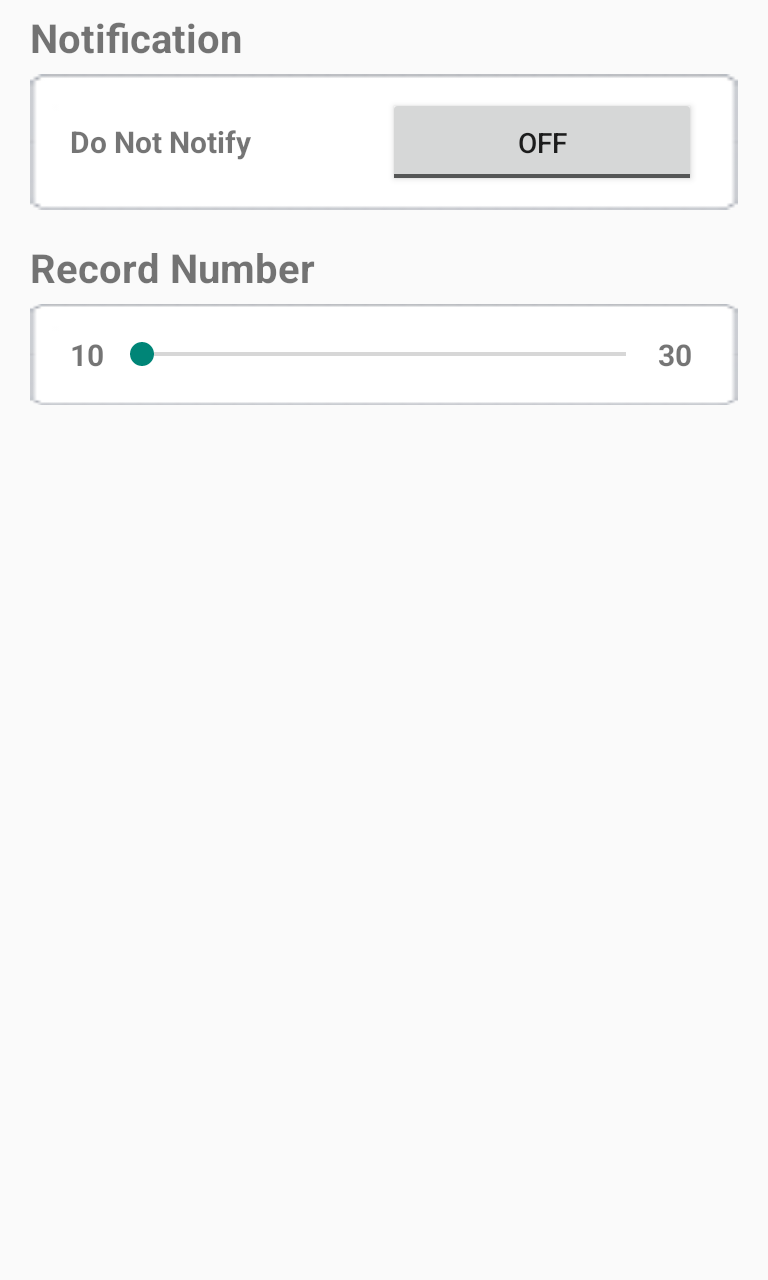
Repository: GitDidNotExitCleanly/AndroidTimer
Layout: G54MDP_Stopwatch/res/layout/fragment_settings.xml
An editor plug-in stored every save of this project. The layout is shown before and after the next save, followed by the edit.
It is drawn on a 768 x 1280 px phone screen (xhdpi) without system bars, with theme AppTheme; the app's code is not run.

Above is the layout before, as saved 2015-03-07 17:23:02.

### G54MDP_Stopwatch/res/layout/fragment_settings.xml
<?xml version="1.0" encoding="utf-8"?>
<LinearLayout xmlns:android="http://schemas.android.com/apk/res/android"
    android:layout_width="match_parent"
    android:layout_height="match_parent"
    android:orientation="vertical" >

    <LinearLayout
        android:layout_width="match_parent"
        android:layout_height="wrap_content"
        android:orientation="vertical"
        android:layout_marginTop="5dp"
        android:layout_marginBottom="5dp"
        android:layout_marginLeft="15dp"
        android:layout_marginRight="15dp" >

        <TextView
            android:layout_width="wrap_content"
            android:layout_height="wrap_content"
            android:textStyle="bold"
            android:textSize="20sp"
            android:text="Notification" />

       <LinearLayout
           android:layout_width="match_parent"
           android:layout_height="wrap_content"
           android:layout_marginBottom="5dp"
           android:layout_marginTop="5dp"
           android:paddingTop="10dp"
           android:paddingBottom="10dp"
           android:paddingLeft="20dp"
           android:paddingRight="20dp"
           android:background="@drawable/settings_border"
           android:orientation="horizontal" >

            <TextView
                android:layout_width="wrap_content"
                android:layout_height="wrap_content"
                android:layout_weight="1"
                android:textStyle="bold"
                android:textSize="15sp"
                android:text="Do Not Notify" />

            <ToggleButton
                android:id="@+id/do_not_notify"
                android:layout_width="wrap_content"
                android:layout_height="wrap_content"
                android:layout_weight="1"
                android:checked="false"
                android:text="ToggleButton" />

        </LinearLayout>

    </LinearLayout>

    <LinearLayout
        android:layout_width="match_parent"
        android:layout_height="wrap_content"
        android:orientation="vertical"
        android:layout_marginTop="5dp"
        android:layout_marginBottom="5dp"
        android:layout_marginLeft="15dp"
        android:layout_marginRight="15dp" >

         <TextView
            android:layout_width="wrap_content"
            android:layout_height="wrap_content"
            android:textStyle="bold"
            android:textSize="20sp"
            android:text="Record Number" />

        <LinearLayout
            android:layout_width="match_parent"
            android:layout_height="wrap_content"
            android:layout_marginBottom="5dp"
            android:layout_marginTop="5dp"
            android:background="@drawable/settings_border"
            android:gravity="center"
            android:orientation="horizontal"
            android:paddingTop="15dp"
            android:paddingBottom="15dp"
            android:paddingLeft="20dp"
            android:paddingRight="20dp" >

            <TextView
                android:layout_width="20dp"
                android:layout_height="wrap_content"
                android:textStyle="bold"
                android:textSize="15sp"
                android:text="10" />

            <SeekBar
                android:id="@+id/record_number_seekbar"
                android:layout_width="fill_parent"
                android:layout_height="wrap_content"
                android:layout_weight="1" />

            <TextView
                android:layout_width="20dp"
                android:layout_height="wrap_content"
                android:textStyle="bold"
                android:textSize="15sp"
                android:text="30" />

        </LinearLayout>

    </LinearLayout>

</LinearLayout>

Loaded but not shown: G54MDP_Stopwatch/res/values/styles.xml (common file); G54MDP_Stopwatch/res/values-v11/styles.xml (common file); G54MDP_Stopwatch/res/values-v14/styles.xml (common file)

After the next save:
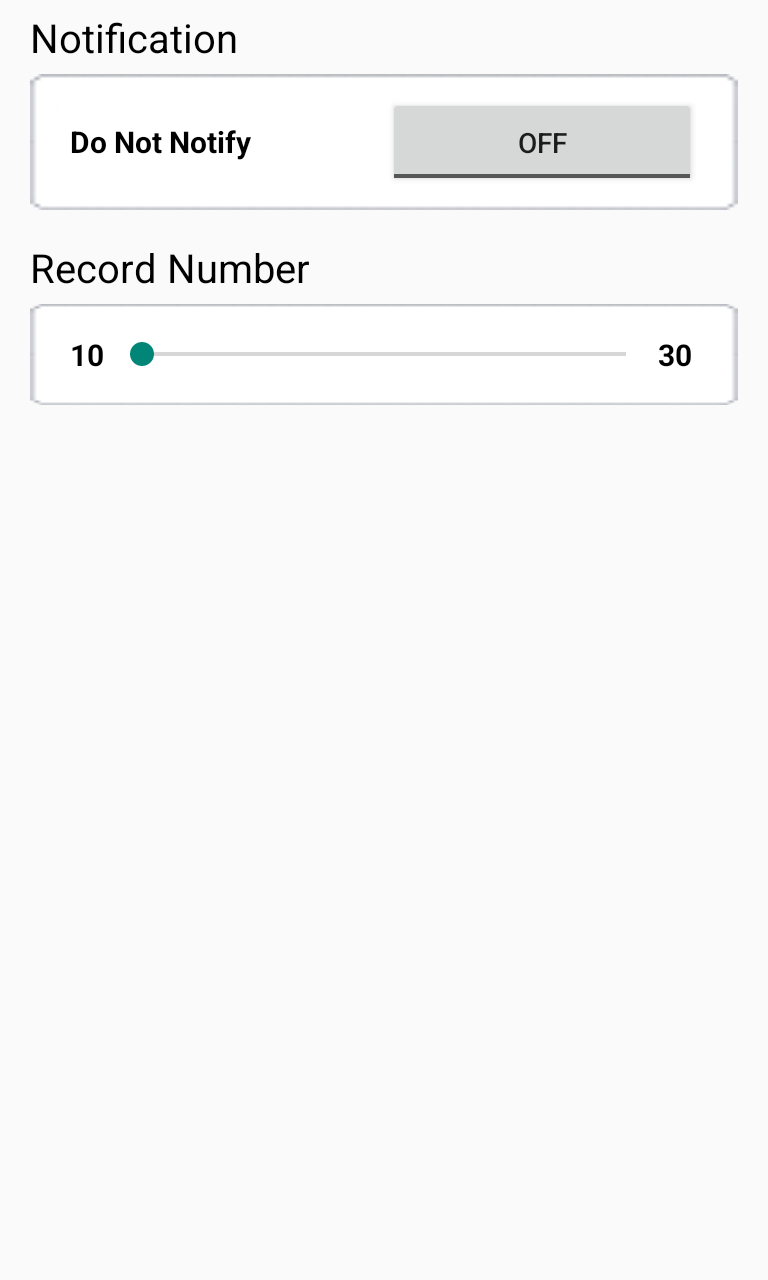
Saved 2 min 47 s later.
--- a/G54MDP_Stopwatch/res/layout/fragment_settings.xml
+++ b/G54MDP_Stopwatch/res/layout/fragment_settings.xml
@@ -16,7 +16,7 @@
         <TextView
             android:layout_width="wrap_content"
             android:layout_height="wrap_content"
-            android:textStyle="bold"
+            android:textColor="#000"
             android:textSize="20sp"
             android:text="Notification" />
 
@@ -37,6 +37,7 @@
                 android:layout_height="wrap_content"
                 android:layout_weight="1"
                 android:textStyle="bold"
+                android:textColor="#000"
                 android:textSize="15sp"
                 android:text="Do Not Notify" />
 
@@ -64,7 +65,7 @@
          <TextView
             android:layout_width="wrap_content"
             android:layout_height="wrap_content"
-            android:textStyle="bold"
+            android:textColor="#000"
             android:textSize="20sp"
             android:text="Record Number" />
 
@@ -85,6 +86,7 @@
                 android:layout_width="20dp"
                 android:layout_height="wrap_content"
                 android:textStyle="bold"
+                android:textColor="#000"
                 android:textSize="15sp"
                 android:text="10" />
 
@@ -98,6 +100,7 @@
                 android:layout_width="20dp"
                 android:layout_height="wrap_content"
                 android:textStyle="bold"
+                android:textColor="#000"
                 android:textSize="15sp"
                 android:text="30" />
 
